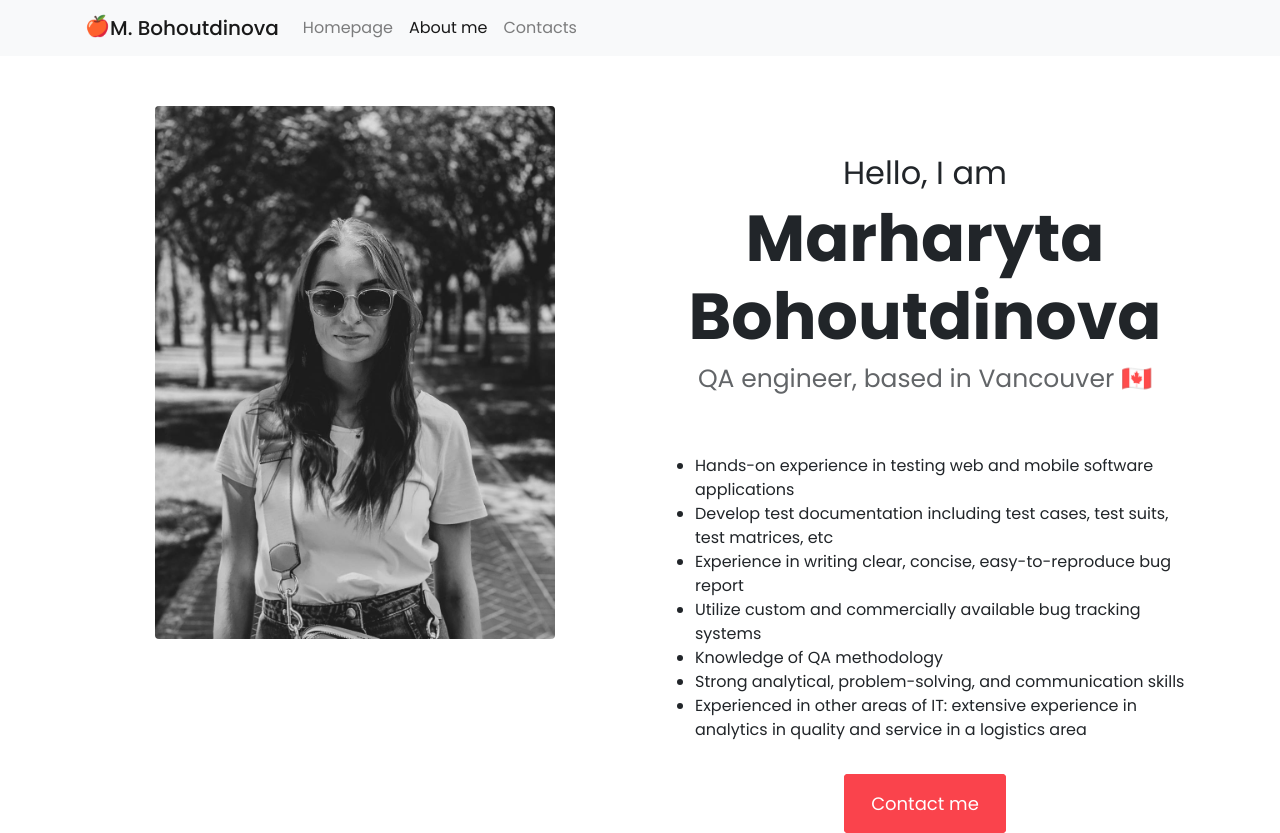
Repository: Bohoutdinova/Portfolio_week-4
Page: about.html
The author's editor kept a copy of each file at every save. The page is drawn from the files as they stood at one save, then again after the next save.
The browser window is 1280 px wide. The pictures show the whole page.

Above is the page before, as saved 2022-08-12 15:44:26.

### about.html
<!DOCTYPE html>
<html lang="en">
  <meta charset="UTF-8" />
  <meta http-equiv="X-UA-Compatible" content="IE=edge" />
  <meta name="viewport" content="width=device-width, initial-scale=1.0" />
  <title>M. Bohoutdinova - QA engineer</title>
  <meta
    name="description"
    content="About M. Bohoutdinova - QA engineer, situated in Vancouver"
  />
  <link
    rel="stylesheet"
    href="https://cdn.jsdelivr.net/npm/bootstrap@4.3.1/dist/css/bootstrap.min.css"
    integrity="sha384-ggOyR0iXCbMQv3Xipma34MD+dH/1fQ784/j6cY/iJTQUOhcWr7x9JvoRxT2MZw1T"
    crossorigin="anonymous"
  />
  <script
    src="https://code.jquery.com/jquery-3.3.1.slim.min.js"
    integrity="sha384-q8i/X+965DzO0rT7abK41JStQIAqVgRVzpbzo5smXKp4YfRvH+8abtTE1Pi6jizo"
    crossorigin="anonymous"
  ></script>
  <script
    src="https://cdn.jsdelivr.net/npm/popper.js@1.14.7/dist/umd/popper.min.js"
    integrity="sha384-UO2eT0CpHqdSJQ6hJty5KVphtPhzWj9WO1clHTMGa3JDZwrnQq4sF86dIHNDz0W1"
    crossorigin="anonymous"
  ></script>
  <script
    src="https://cdn.jsdelivr.net/npm/bootstrap@4.3.1/dist/js/bootstrap.min.js"
    integrity="sha384-JjSmVgyd0p3pXB1rRibZUAYoIIy6OrQ6VrjIEaFf/nJGzIxFDsf4x0xIM+B07jRM"
    crossorigin="anonymous"
  ></script>
  <link rel="stylesheet" href="/src/style.css" />
  <link rel="preconnect" href="https://fonts.googleapis.com" />
  <link rel="preconnect" href="https://fonts.gstatic.com" crossorigin />
  <link rel="preconnect" href="https://fonts.googleapis.com" />
  <link rel="preconnect" href="https://fonts.gstatic.com" crossorigin />
  <link
    href="https://fonts.googleapis.com/css2?family=Abril+Fatface&family=Poppins:wght@100;400;500;700&display=swap"
    rel="stylesheet"
  />
  <body>
    <nav class="navbar navbar-expand-lg navbar-light bg-light">
      <div class="container">
        <a class="navbar-brand" href="/index.html" title="Homepage"
          >M. Bohoutdinova</a
        >
        <button
          class="navbar-toggler"
          type="button"
          data-toggle="collapse"
          data-target="#navbarNav"
          aria-controls="navbarNav"
          aria-expanded="false"
          aria-label="Toggle navigation"
        >
          <span class="navbar-toggler-icon"></span>
        </button>
        <div class="collapse navbar-collapse" id="navbarNav">
          <ul class="navbar-nav">
            <li class="nav-item">
              <a class="nav-link" href="/index.html" title="Homepage"
                >Homepage <span class="sr-only">(current)</span></a
              >
            </li>
            <li class="nav-item active">
              <a
                class="nav-link"
                href="/about.html"
                title="About M. Bohoutdinova"
                >About me</a
              >
            </li>
            <li class="nav-item">
              <a class="nav-link" href="#" title="Contact with M. Bohoutdinova"
                >Contacts</a
              >
            </li>
          </ul>
        </div>
      </div>
    </nav>
    <div class="container mt-5">
      <div class="row">
        <div class="col-lg-6">
          <img
            src="/images/photo.jpg"
            alt="My photo"
            width="400"
            class="img-fluid rounded"
          />
        </div>
        <div class="col-lg-6 hero-page mt-5">
          <h2>Hello, I am</h2>
          <h1 class="name">Marharyta Bohoutdinova</h1>
          <h3>QA engineer, based in Vancouver 🇨🇦</h3>
          <ul class="about-description mb-5">
            <li>
              Hands-on experience in testing web and mobile software
              applications
            </li>
            <li>
              Develop test documentation including test cases, test suits, test
              matrices, etc
            </li>
            <li>
              Experience in writing clear, concise, easy-to-reproduce bug report
            </li>
            <li>
              Utilize custom and commercially available bug tracking systems
            </li>
            <li>Knowledge of QA methodology</li>
            <li>
              Strong analytical, problem-solving, and communication skills
            </li>
            <li>
              Experienced in other areas of IT: extensive experience in
              analytics in quality and service in a logistics area
            </li>
          </ul>
          <a href="#" class="contact-me rounded" title="Contact me"
            >Contact me</a
          >
        </div>
      </div>
    </div>
  </body>
</html>

### src/style.css
:root {
  --main-family-font: "Poppins", sans-serif;
  --main-color: #fa434c;
}
body {
  font-family: var(--main-family-font);
}

.navbar-brand {
  position: relative;
  padding-left: 25px;
  font-weight: 500;
}

.navbar-brand:before {
  position: absolute;
  content: "🍎";
  left: 0;
  top: 3px;
}

.navbar-brand:hover:before {
  content: "🍏";
}
.hero-page {
  text-align: center;
}

h2 {
  font-weight: 400;
}
h1 {
  font-weight: 700;
  font-size: 65px;
}
h3 {
  font-size: 25px;
  font-weight: 400;
  opacity: 70%;
}
.hero-page h3 {
  margin-bottom: 60px;
}
img {
  display: block;
  margin: 0 auto;
  text-align: center;
}
.col-sm-6 {
  padding: 0;
}
.contact-me {
  padding: 15px 25px;
  background-color: var(--main-color);
  color: white;
  font-size: 18px;
  border: 2px solid var(--main-color);
}
.contact-me:hover {
  color: var(--main-color);
  background-color: white;
  border-color: var(--main-color);
  text-decoration: none;
}
.about-app {
  text-align: center;
}
.app-name {
  font-size: 35px;
  font-weight: 700;
}
.app {
  background-color: rgb(255, 216, 216, 30%);
}
.app-description {
  padding: 15px 25px;
  margin: 30px;
  text-align: center;
}
.app-description-p {
  margin-top: 30px;
  margin-bottom: 50px;
}
.app-link {
  color: var(--main-color);
  padding: 15px 25px;
  font-size: 18px;
  border: 2px solid rgb(255, 216, 216);
}
.app-link:hover {
  text-decoration: none;
  color: black;
}
.row {
  margin-top: 50px;
}
.about-description {
  text-align: left;
}
@media (max-width: 900px) {
  h1 {
    font-size: 45px;
  }
  h3 {
    font-size: 20px;
  }
  .row {
    margin-top: 0;
  }
}

After the next save:
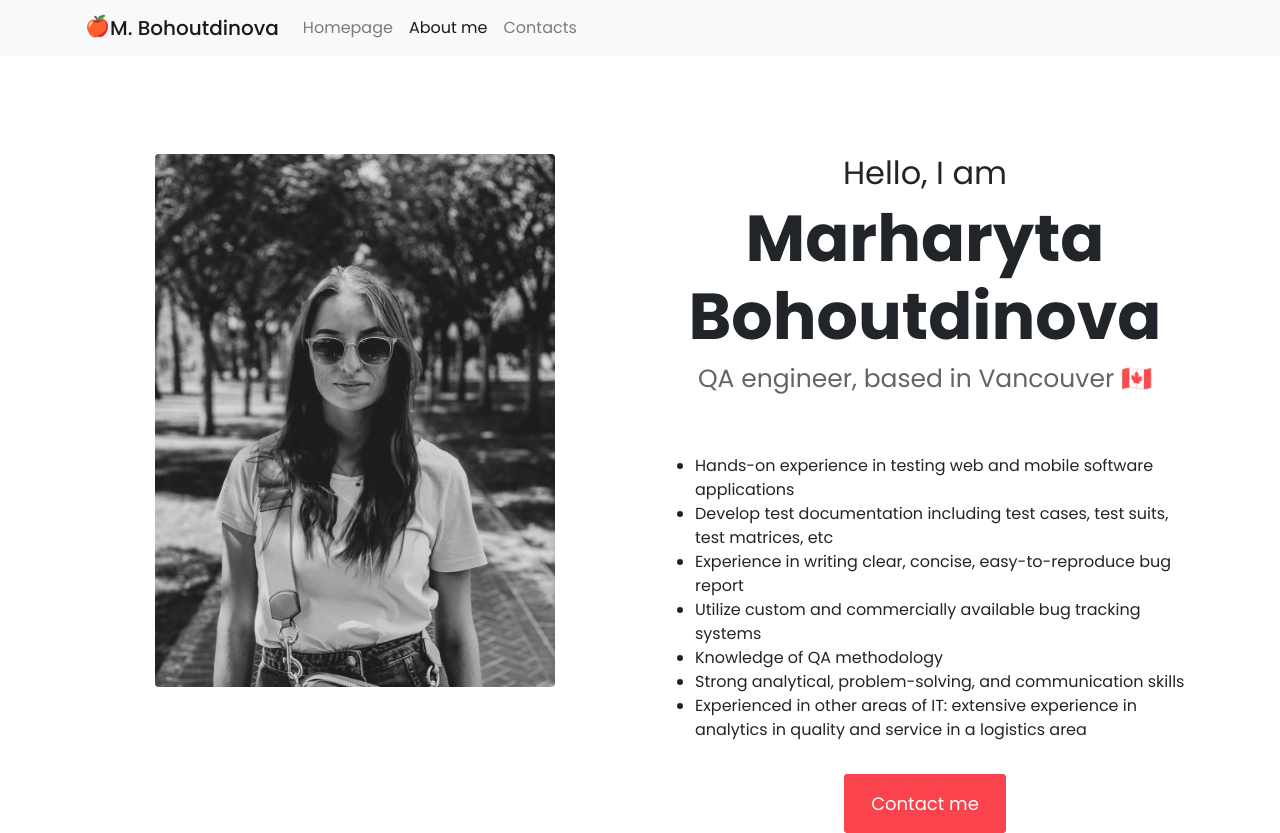
Saved 16 s later.
--- a/about.html
+++ b/about.html
@@ -81,7 +81,7 @@
     </nav>
     <div class="container mt-5">
       <div class="row">
-        <div class="col-lg-6">
+        <div class="col-lg-6 mt-5">
           <img
             src="/images/photo.jpg"
             alt="My photo"

After the 4 saves that followed:
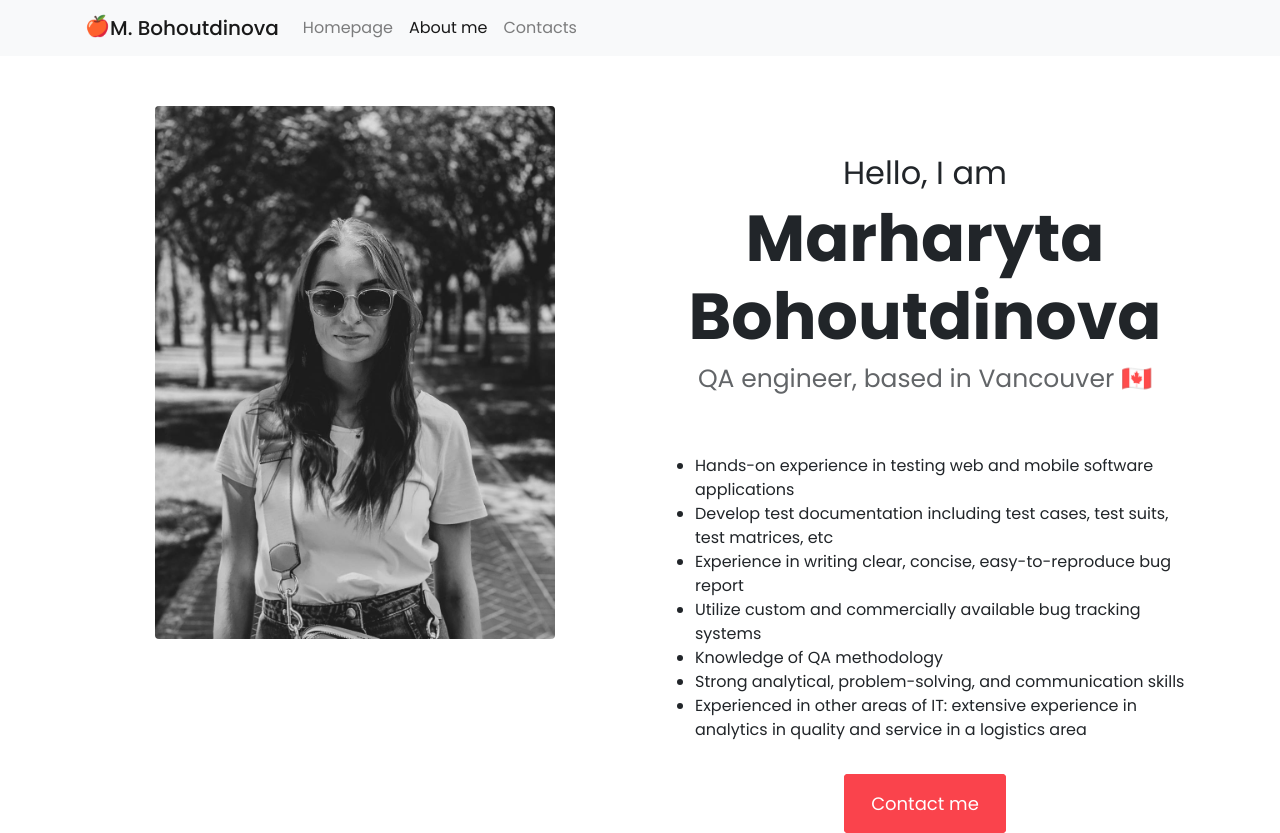
The 4 saves are shown as one change because 1 left the picture as it was and some came seconds apart.
The last was saved 18 s later.
--- a/about.html
+++ b/about.html
@@ -81,7 +81,7 @@
     </nav>
     <div class="container mt-5">
       <div class="row">
-        <div class="col-lg-6 mt-5">
+        <div class="col-lg-6">
           <img
             src="/images/photo.jpg"
             alt="My photo"
